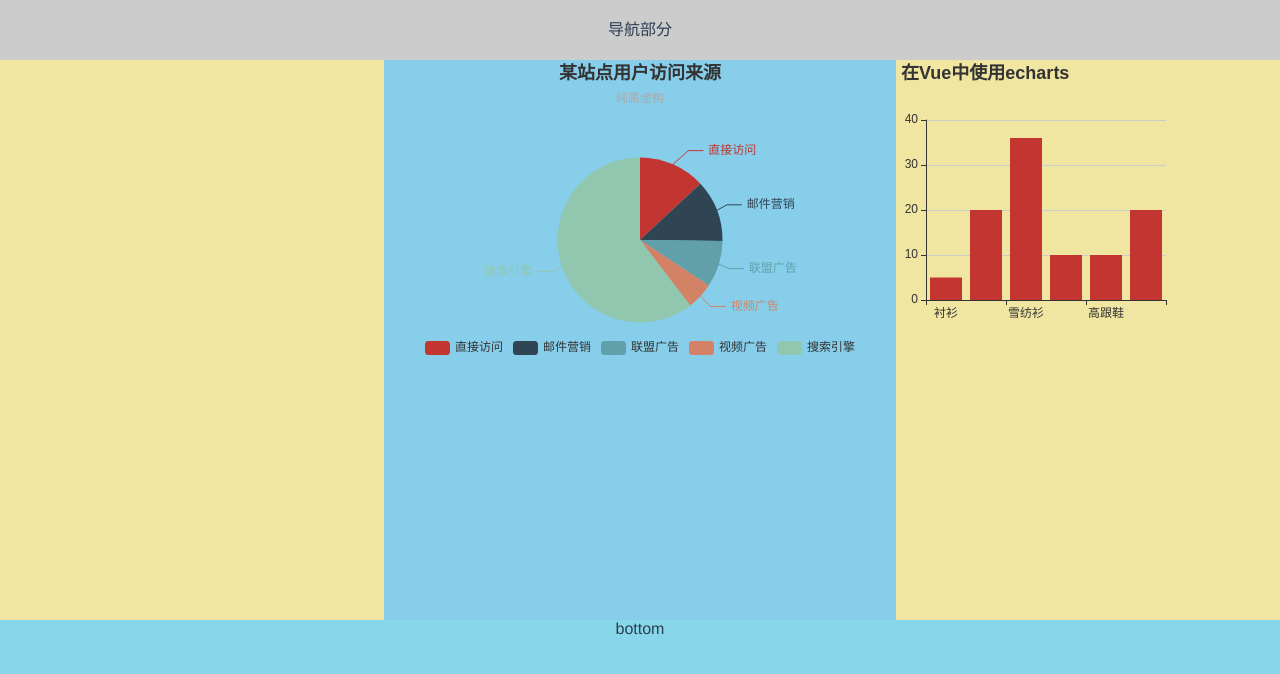
Repository: nyy-2017/vue-echarts
Page: /
These files come from the project's save history. The page is drawn as it stood at one moment and after the next save; the edit follows.
The browser window is 1280 px wide. The pictures show the whole page.
The project was rebuilt for these pictures with package versions that can differ from the ones it lists, and the page was loaded fresh each time.

Above is the page before, as saved 2019-07-09 10:04:05.

### src/main.js
import Vue from 'vue'
import App from './App'
import router from './router'
// 引入echarts
import echarts from 'echarts'

Vue.prototype.$echarts = echarts

Vue.config.productionTip = false

/* eslint-disable no-new */
new Vue({
  el: '#app',
  router,
  render: h => h(App)
})

### src/components/HelloWorld.vue
<template>
    <div id="all">
      <div class="contains">
        <div id="top">导航部分</div>
        <div id="content">
            <div class="left">
            </div>
            <div class="center">
              <myEcharts></myEcharts>
            </div>
            <div class="right">
              <div id="myChart" :style="{width: '300px', height: '300px'}"></div>
            </div>
        </div>
        <div id="bottom">bottom</div>
      </div>
    </div>
</template>


<script>
import myEcharts from "../demo/myEcharts.vue"
// 引入基本模板
let echarts = require('echarts/lib/echarts')
// 引入柱状图组件
require('echarts/lib/chart/bar')
// 引入提示框和title组件
require('echarts/lib/component/tooltip')
require('echarts/lib/component/title')
export default {
  components: {
    myEcharts
  },
  data () {
    return {
    }
  },
  methods:{

    drawLine(){
            // 基于准备好的dom，初始化echarts实例
            let myChart = this.$echarts.init(document.getElementById('myChart'))
            //  window.onresize = myChart.resize
            // 绘制图表
            myChart.setOption({
                title: { text: '在Vue中使用echarts' },
                tooltip: {},
                xAxis: {
                    data: ["衬衫","羊毛衫","雪纺衫","裤子","高跟鞋","袜子"]
                },
                yAxis: {},
                series: [{
                    name: '销量',
                    type: 'bar',
                    data: [5, 20, 36, 10, 10, 20]
                }]
            });
            let _this = this;
            window.addEventListener("resize",function(){
              _this.ChartLineGraph.resize();
            })
        }
  },
  created(){
  },
  mounted(){
    this.drawLine();
  },
}
</script>


<style>
#chart{
 display:flex;
 }
#all{
   margin:0;
   padding:0;
   width: 100%;
   height: 100%;
 }
 .contains{
   width: 100%;
   min-width: 500px;
 }
#top{
    position:absolute;
    top:0;
    left:0;
    background-color:#ccc;
    height:60px;
    line-height: 60px;
    width:100%;
    z-index:100;
}
#bottom{
    position:absolute;
    bottom:0;
    left:0;
    background-color:#88D6E9;
    height:100px;
    width:100%;
    z-index:100;
}

#content{
    position:absolute;
    width:100%;
    overflow:auto;
    background-color:#F0E6A2;
    bottom:100px;
    top:60px;
    left: 0;
    right: 0;
    z-index:90;
    display: flex;
    flex-direction: row;
}
  .left{
    width: 30%;
    height: 100%;
  }
  .center{
    width: 40%;
    height: 100%;
    background-color: skyblue;

  }
  .right{
    width: 30%;
    height: 100%;
  }
</style>

### src/demo/myEcharts.vue
<template>
    <div class="pie">
        <div id="pie1">
            <!-- 为 ECharts 准备一个具备大小（宽高）的 DOM -->
            <div id="main1" style="float:left;width:100%;height: 300px"></div>
        </div>
        <div id="pie2">
            <div id="main2" style="float:left;width:100%;height: 300px"></div>
        </div>
    </div>
</template>

<script>
    var echarts = require('echarts');

    export default {
        data() {
            return {
                // 数据
                data1: [],
            }
        },
        mounted() {
            this.initData();
        },
        methods: {
            //初始化数据
            initData() {
                var myChart = echarts.init(document.getElementById('main1'));
                window.onresize = myChart.resize
                // 绘制图表
                myChart.setOption({
                    title : {
                        text: '某站点用户访问来源',
                        subtext: '纯属虚构',
                        x:'center'
                    },
                    tooltip : {
                        trigger: 'item',
                        formatter: "{a} <br/>{b} : {c} ({d}%)"
                    },
                    legend: {
                        orient: 'vertical',
                        bottom: 'bottom',
                        data: ['直接访问','邮件营销','联盟广告','视频广告','搜索引擎']
                    },
                    series : [
                        {
                            name: '访问来源',
                            type: 'pie',
                            radius : '55%',
                            center: ['50%', '60%'],
                            data:[
                                {value:335, name:'直接访问'},
                                {value:310, name:'邮件营销'},
                                {value:234, name:'联盟广告'},
                                {value:135, name:'视频广告'},
                                {value:1548, name:'搜索引擎'}
                            ],
                            itemStyle: {
                                emphasis: {
                                    shadowBlur: 10,
                                    shadowOffsetX: 0,
                                    shadowColor: 'rgba(0, 0, 0, 0.5)'
                                }
                            }
                        }
                    ]
                });

            },
        }
    }
</script>

Loaded but not shown: src/App.vue (common file); src/router/index.js (common file)

After the next save:
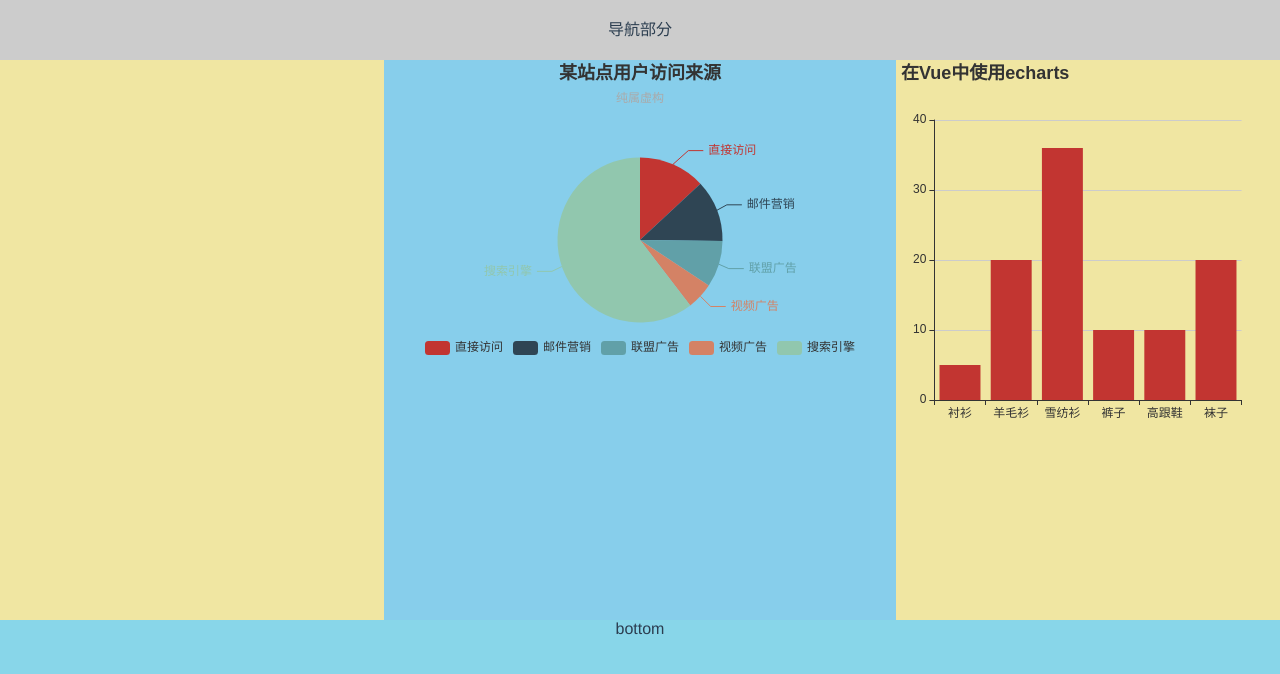
Saved 83 s later.
--- a/src/components/HelloWorld.vue
+++ b/src/components/HelloWorld.vue
@@ -9,7 +9,7 @@
               <myEcharts></myEcharts>
             </div>
             <div class="right">
-              <div id="myChart" :style="{width: '300px', height: '300px'}"></div>
+              <div id="myChart" :style="{width: '100%', height: '400px'}"></div>
             </div>
         </div>
         <div id="bottom">bottom</div>
@@ -55,10 +55,10 @@ export default {
                     data: [5, 20, 36, 10, 10, 20]
                 }]
             });
-            let _this = this;
-            window.addEventListener("resize",function(){
-              _this.ChartLineGraph.resize();
-            })
+            // let _this = this;
+            // window.addEventListener("resize",function(){
+            //   _this.ChartLineGraph.resize();
+            // })
         }
   },
   created(){
